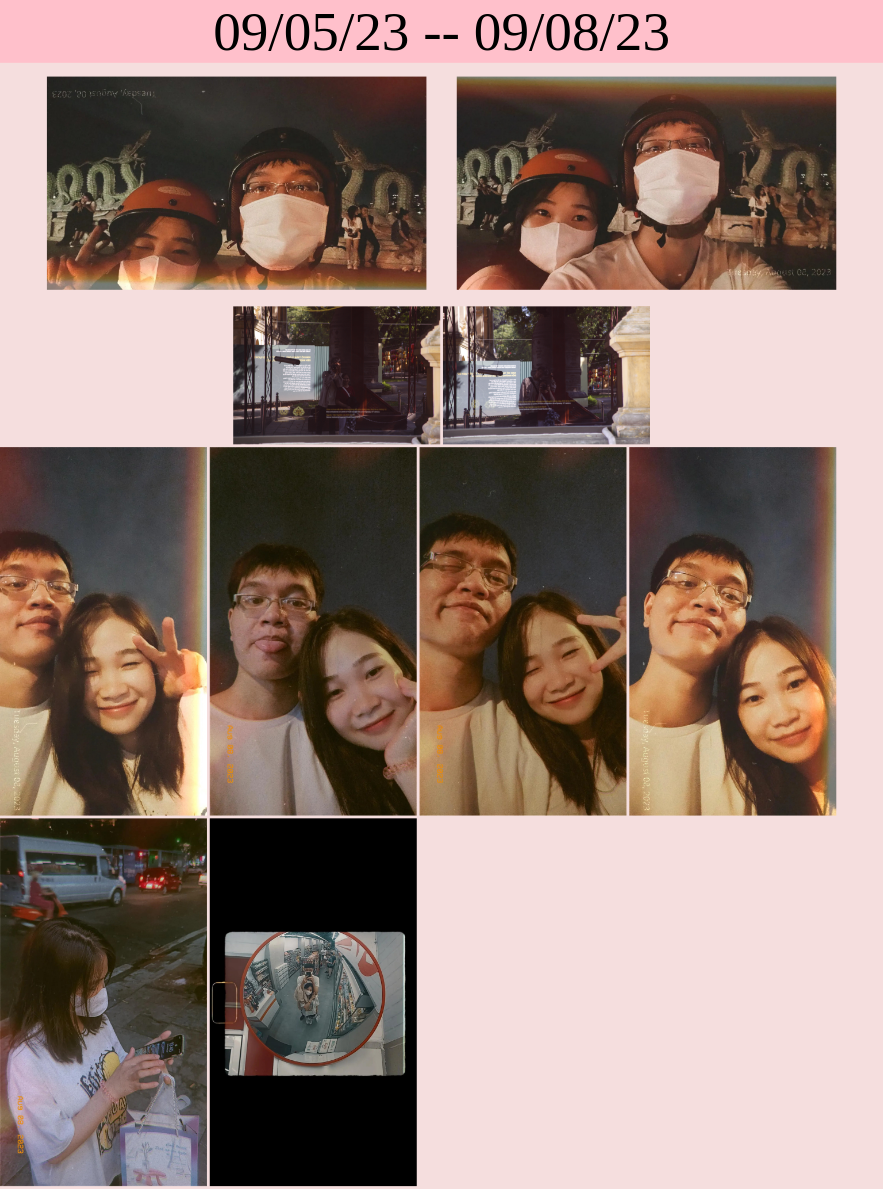
Repository: Hanhanh06/0907
Page: code/0908.html
An editor plug-in stored every save of this project. The page is shown before and after the next save, followed by the edit.
The browser window is 1280 px wide. The pictures show the whole page, at 69% of full size.

Above is the page before, as saved 2023-08-17 17:47:30.

### code/0908.html
<!DOCTYPE html>
<html lang="en">
<head>
    <meta charset="UTF-8">
    <meta name="viewport" content="width=device-width, initial-scale=1.0">
    <title>Document</title>
    <style>

    body{

      height: 100%;

   padding: 0;

   margin: 0;


   background: #f5dede;

 }

    </style>
</head>

        <head>

        </head>
        <body>

        <center> <div style="background-color: pink; font-size: 80px; "> 09/05/23 -- 09/08/23</div>
        <img src="001.jpg" alt="Hình ảnh không tồn tại" width="550px" style="margin: 20px;" >
       <img src="002.jpg" alt="Hình ảnh không tồn tại" width="550px"  style="margin: 20px;">

       <img src="014.JPG" alt="Hình ảnh không tồn tại" width="300px" >
       <!-- <p style="color: crimson;font-size: 16px;"> đi Hồ Tây nè! </p> -->
       <img src="012.JPG" alt="Hình ảnh không tồn tại" width="300px"> </center>

       <!-- <p style="color: crimson;font-size: 16px;"> đi Hồ Tây nè!</p> -->
       <img src="003.jpg" alt="Hình ảnh không tồn tại" width="300px">
       <!-- <p style="color: crimson;font-size: 16px;">  đi Hồ Tây nè!</p> -->
       <img src="004.jpg" alt="Hình ảnh không tồn tại" width="300px">
       <!-- <p style="color: crimson;font-size: 16px;">  đi Hồ Tây nè! </p> -->
       <img src="005.jpg" alt="Hình ảnh không tồn tại" width="300px">
       <!-- <p style="color: crimson;font-size: 16px;">  đi Hồ Tây nè! </p> -->
       <img src="006.jpg" alt="Hình ảnh không tồn tại" width="300px" >
       <!-- <p style="color: crimson;font-size: 16px;">  đi Hồ Tây nè!</p> -->
       <img src="007.jpg" alt="Hình ảnh không tồn tại" width="300px">
       <!-- <p style="color: crimson;font-size: 16px;">  đi Hồ Tây nè!</p> -->
       <img src="008.jpg" alt="Hình ảnh không tồn tại" width="300px">
       <!-- <p style="color: crimson;font-size: 16px;">  đi Hồ Tây nè!</p> -->

</body>
</html>

After the next save:
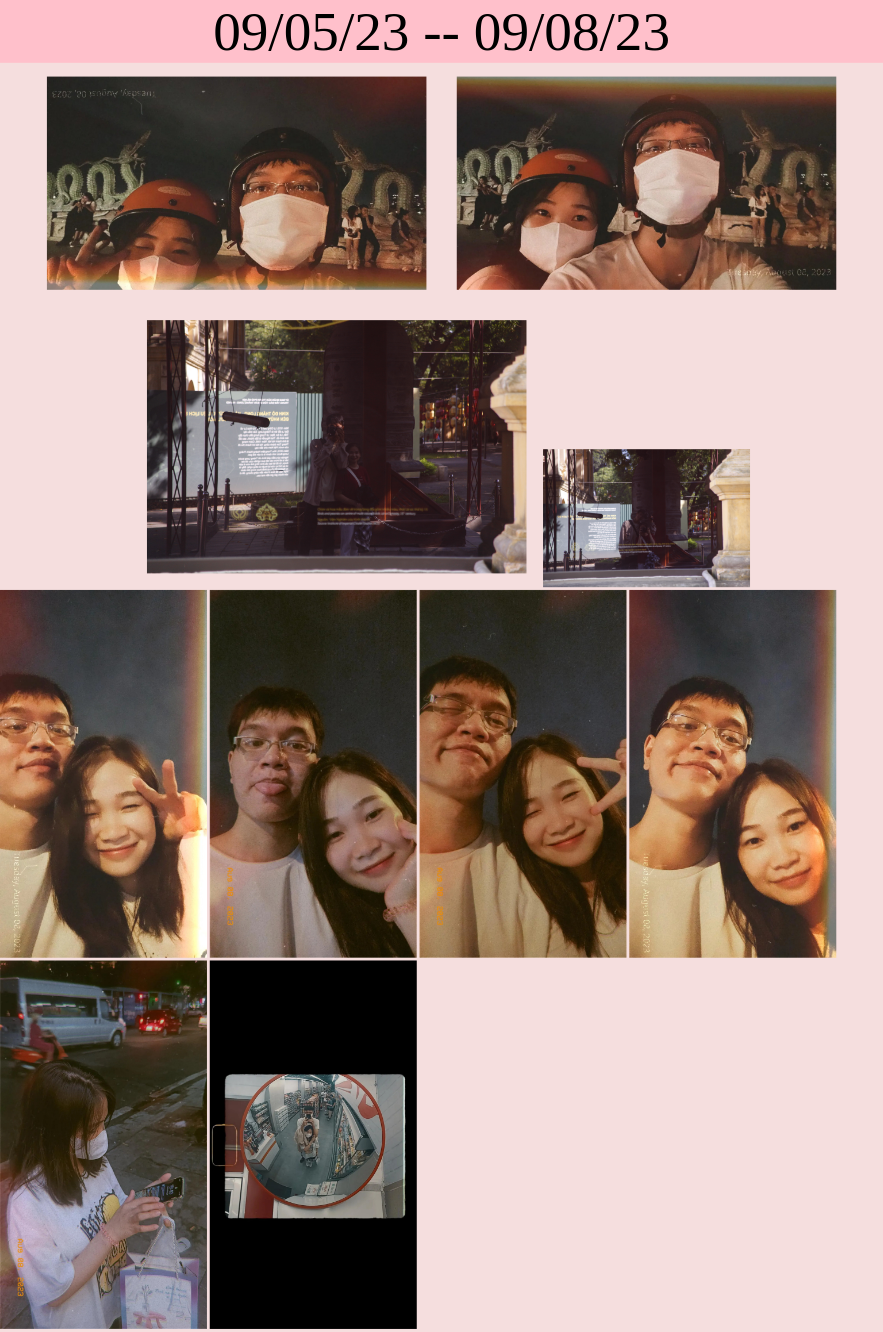
Saved 16 s later.
--- a/code/0908.html
+++ b/code/0908.html
@@ -31,7 +31,7 @@
         <img src="001.jpg" alt="Hình ảnh không tồn tại" width="550px" style="margin: 20px;" >
        <img src="002.jpg" alt="Hình ảnh không tồn tại" width="550px"  style="margin: 20px;">
 
-       <img src="014.JPG" alt="Hình ảnh không tồn tại" width="300px" >
+       <img src="014.JPG" alt="Hình ảnh không tồn tại"width="550px" style="margin: 20px;" >
        <!-- <p style="color: crimson;font-size: 16px;"> đi Hồ Tây nè! </p> -->
        <img src="012.JPG" alt="Hình ảnh không tồn tại" width="300px"> </center>
 
